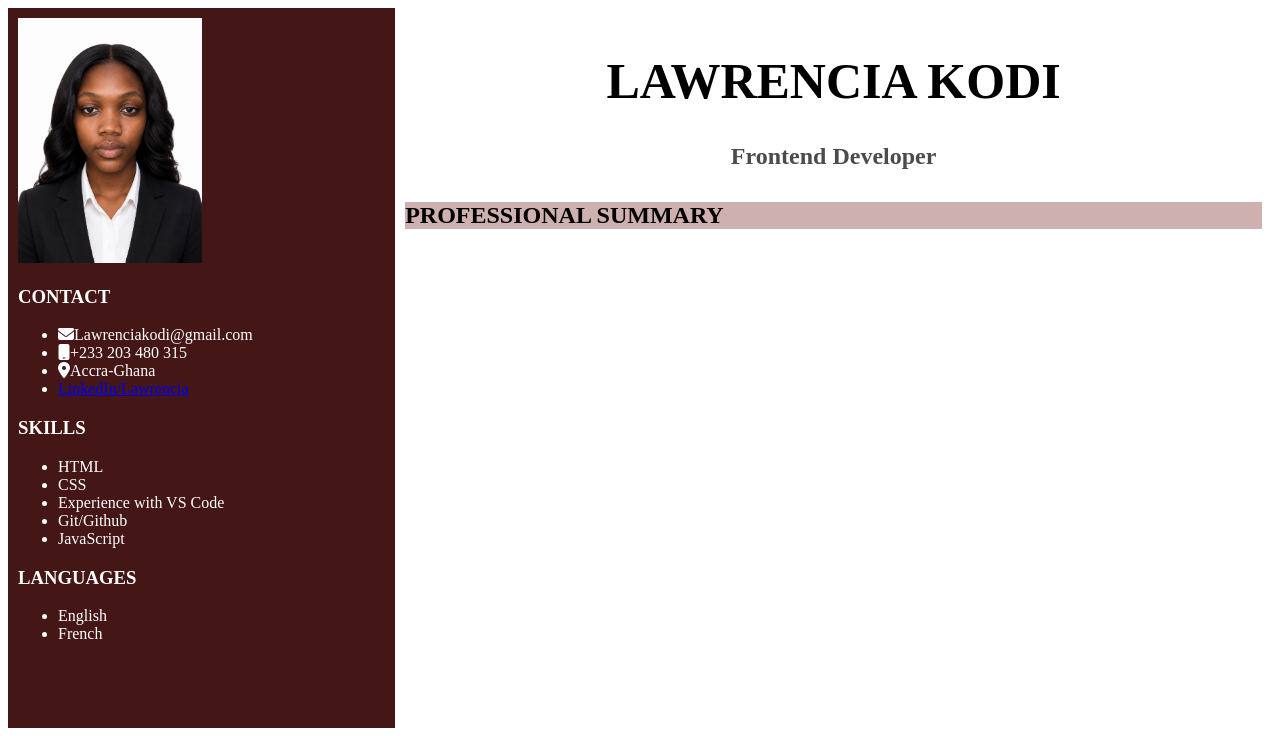
Repository: lawrencia-coder/T4G_CV
Page: index.html
The author's editor kept a copy of each file at every save. The page is drawn from the files as they stood at one save, then again after a run of saves.
The browser window is 1280 px wide. The pictures show the whole page.
Some icons come from a web library that is not loaded, so they are not drawn. Some web libraries are served in a nearby version.

Above is the page before, as saved 2026-07-14 07:55:10.

### index.html
<!DOCTYPE html>
<html lang="en">
<head>
    <meta charset="UTF-8">
    <meta name="viewport" content="width=device-width, initial-scale=1.0">
    <script src="https://kit.fontawesome.com/c72fc9c022.js" crossorigin="anonymous"></script>
    <title>T4G_CV</title>
    <link rel="stylesheet" href="style.css">
</head>
<body>
    <div class="cv-container">
        <div class="left-column">
            <img src="images/passport pic 1.png" alt="" width="50%" height="35%">
            <h3>CONTACT</h3>
             <p>
              <ul>
                <li><i class="fa-solid fa-envelope" style="color: rgb(255, 255, 255);"></i>Lawrenciakodi@gmail.com</li>
                <li><i class="fa-solid fa-mobile" style="color: rgb(255, 255, 255);"></i>+233 203 480 315</li>
                <li><i class="fa-solid fa-location-dot" style="color: rgb(255, 255, 255);"></i>Accra-Ghana</li>
                <li><i class="fa-brands fa-square-linkedin" style="color: rgb(255, 255, 255);"></i><a href="www.linkedin.com/in/lawrencia-kodi-192a71305" target="_blank" rel="noopener noreferrer">LinkedIn/Lawrencia</a></li>
              </ul>
             </p>

            <h3>SKILLS</h3>
             <p>
                <ul>
                    <li>HTML</li>
                    <li>CSS</li>
                    <li>Experience with VS Code</li>
                    <li>Git/Github</li>
                    <li>JavaScript</li>
                </ul>
             </p>

             <h3>LANGUAGES</h3>
             <p>
                <ul>
                    <li>English</li>
                    <li>French</li>
                </ul>
             </p>
        </div>
         <div class="right-column">
             <h1>LAWRENCIA KODI  </h1>
             <h4 style="text-align: center;">Frontend Developer</h4>
             <h2>PROFESSIONAL SUMMARY</h2>
              <p></p>
         </div>
    </div>

</body>
</html>

### style.css
/* styling headings */
h1{
    text-align: center;
    font-size: 50px;
    margin-bottom: none;
}

h4{
    opacity: calc(70%);
    font-size: x-large;
}

h2{
    background-color: rgb(206, 176, 176);
}


/* styling cv-container */
.cv-container{
    display: flex;
    width: 100%;
    min-height: 100vh;
}

.left-column{
width: 30%;
background-color: rgb(69, 22, 22);
color: white;
padding: 10px;
}

.right-column{
    width: 70%;
    background-color: white;
    color: black;
    padding: 10px;
}

After the next 2 saves:
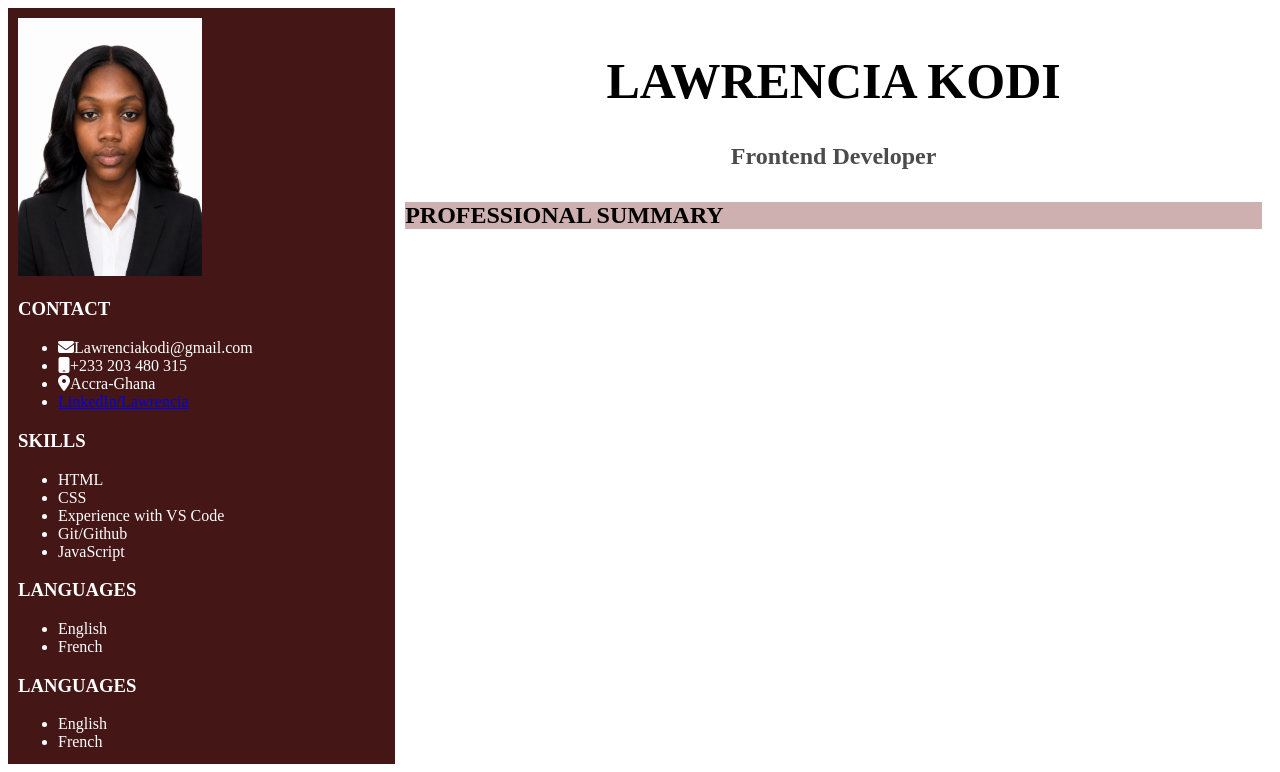
The 2 saves are shown as one change because they came seconds apart.
The last was saved 19 s later.
--- a/index.html
+++ b/index.html
@@ -39,6 +39,14 @@
                     <li>French</li>
                 </ul>
              </p>
+
+             <h3>LANGUAGES</h3>
+             <p>
+                <ul>
+                    <li>English</li>
+                    <li>French</li>
+                </ul>
+             </p>
         </div>
          <div class="right-column">
              <h1>LAWRENCIA KODI  </h1>
